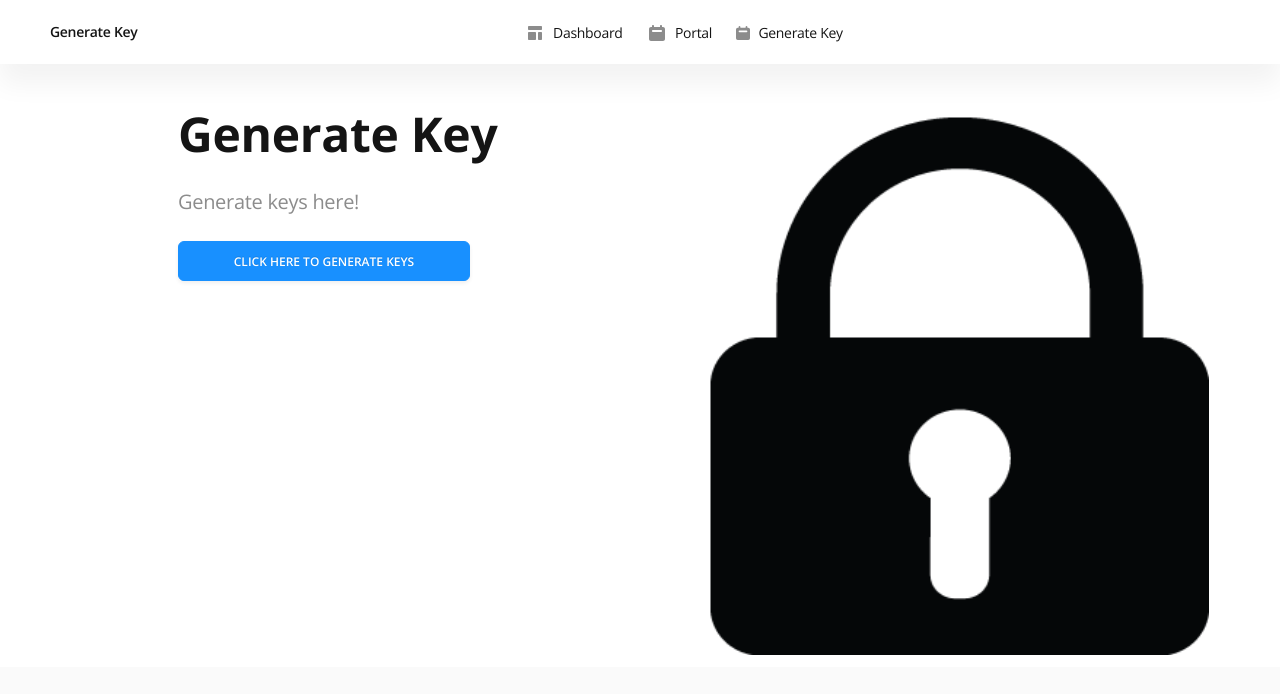
Repository: ahabalikhan/api-analytics-app-fe
Page: /sign-in
The author's editor kept a copy of each file at every save. The page is drawn from the files as they stood at one save, then again after the next save.
The browser window is 1280 px wide. The pictures show the whole page.
The project was rebuilt for these pictures with package versions that can differ from the ones it lists, and the page was loaded fresh each time. Also part of the build but not shown: src/components/chart/configs/eChart.js, src/components/chart/EChart.js, src/components/chart/configs/lineChart.js, src/components/chart/LineChart.js, src/pages/Home.js, src/pages/Profile.js, src/components/layout/Sidenav.js, src/components/layout/Footer.js and 2 more. Imported but missing from the stored project, and not drawn on this page: src/pages/Billing, src/pages/Rtl, src/pages/Tables.

Above is the page before, as saved 2022-07-16 23:04:56.

After the next save:
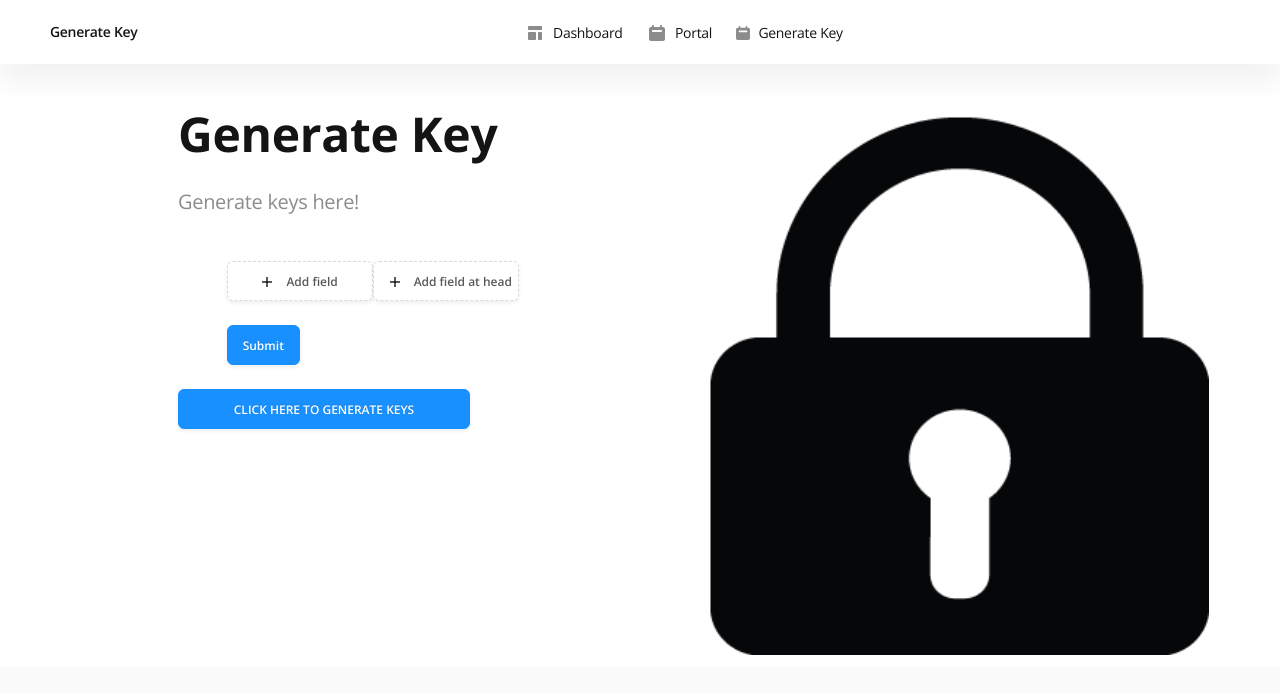
Saved 50 s later.
--- a/src/pages/SignIn.js
+++ b/src/pages/SignIn.js
@@ -133,7 +133,7 @@
                 <Title className="font-regular text-muted" level={5} onClick={()=>{setFlag(true)}}>
                   Generate keys here!
                 </Title>
-                {flag && <NodesForm />}
+                <NodesForm />
                 <Form
                   onFinish={onFinish}
                   onFinishFailed={onFinishFailed}

After the save that followed:
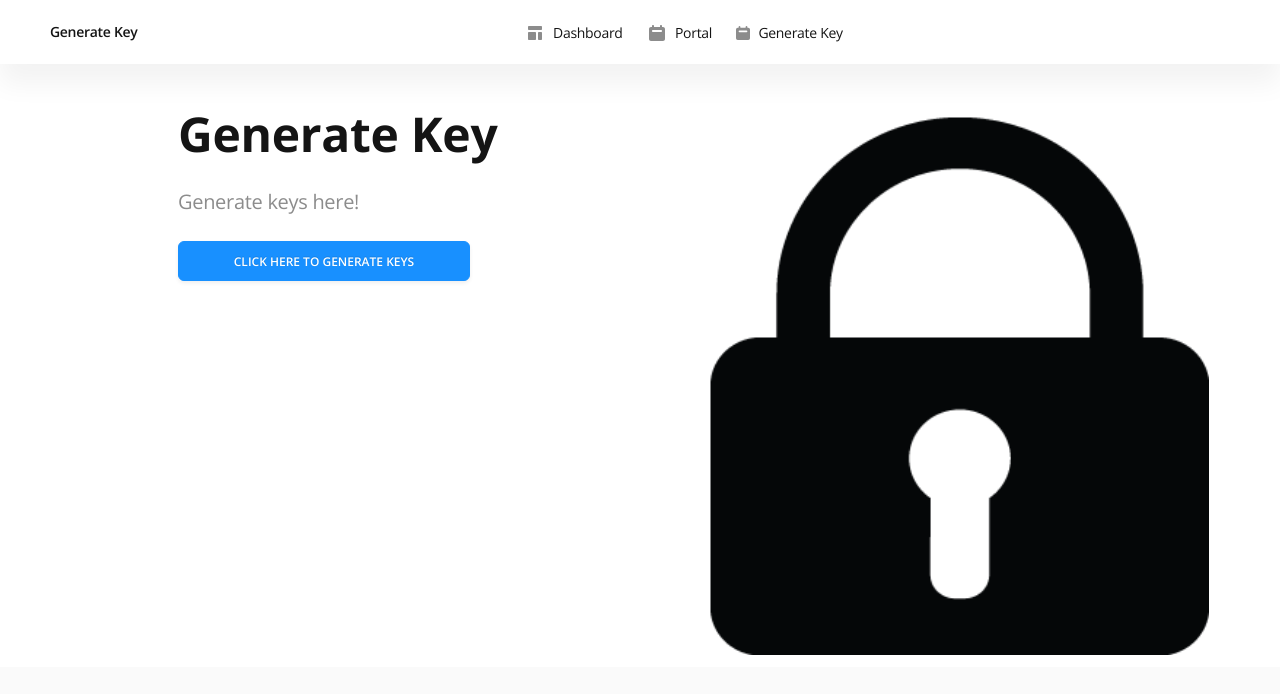
Saved 27 s later.
--- a/src/pages/SignIn.js
+++ b/src/pages/SignIn.js
@@ -133,7 +133,7 @@
                 <Title className="font-regular text-muted" level={5} onClick={()=>{setFlag(true)}}>
                   Generate keys here!
                 </Title>
-                <NodesForm />
+                {flag && <NodesForm />}
                 <Form
                   onFinish={onFinish}
                   onFinishFailed={onFinishFailed}
